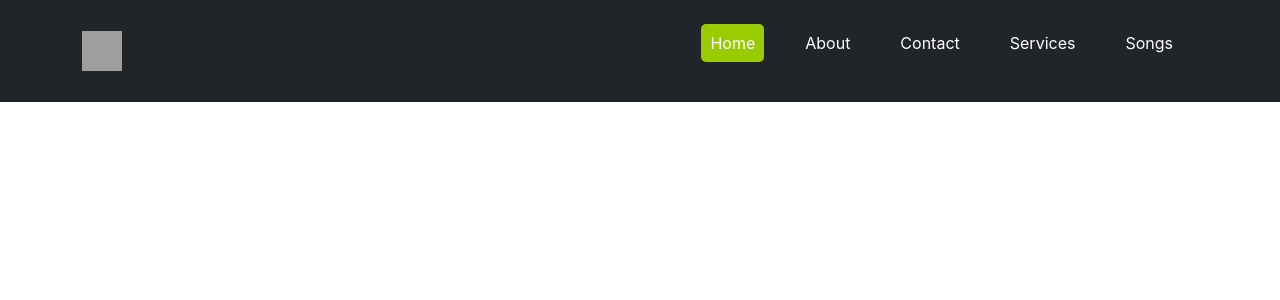
Repository: stephenkayade/cephas-musical
Page: / (app in cephas-musical/)
An editor plug-in stored every save of this project. The page is shown before and after the next save, followed by the edit.
The browser window is 1280 px wide. The pictures show the whole page.
The pointer rests on the first visible `.navbox li`.
Pictures or frames that could not be fetched are drawn as grey boxes. The project was rebuilt for these pictures with package versions that can differ from the ones it lists, and the page was loaded fresh each time. A package was used in the major version that the imports need, not the one package.json lists. Also part of the build but not shown: cephas-musical/src/components/Master.jsx.

Above is the page before, as saved 2021-03-09 05:01:20.

### cephas-musical/public/index.html
<!DOCTYPE html>
<html lang="en">
  <head>
    <meta charset="utf-8" />
    <link rel="icon" href="%PUBLIC_URL%/favicon.ico" />
    <meta name="viewport" content="width=device-width, initial-scale=1" />
    <meta name="theme-color" content="#000000" />
    <meta
      name="description"
      content="Web site created using create-react-app"
    />
    <link rel="apple-touch-icon" href="%PUBLIC_URL%/logo192.png" />
    <link rel="stylesheet" type="text/css" href="%PUBLIC_URL%/css/bootstrap.min.css">
    <link rel="stylesheet" type="text/css" href="%PUBLIC_URL%/css/custom.css">
    <!--
      manifest.json provides metadata used when your web app is installed on a
      user's mobile device or desktop. See https://developers.google.com/web/fundamentals/web-app-manifest/
    -->
    <link rel="manifest" href="%PUBLIC_URL%/manifest.json" />
    <!--
      Notice the use of %PUBLIC_URL% in the tags above.
      It will be replaced with the URL of the `public` folder during the build.
      Only files inside the `public` folder can be referenced from the HTML.

      Unlike "/favicon.ico" or "favicon.ico", "%PUBLIC_URL%/favicon.ico" will
      work correctly both with client-side routing and a non-root public URL.
      Learn how to configure a non-root public URL by running `npm run build`.
    -->
    <title>React App</title>
  </head>
  <body>
    <noscript>You need to enable JavaScript to run this app.</noscript>
    <div id="root"></div>
    <!--
      This HTML file is a template.
      If you open it directly in the browser, you will see an empty page.

      You can add webfonts, meta tags, or analytics to this file.
      The build step will place the bundled scripts into the <body> tag.

      To begin the development, run `npm start` or `yarn start`.
      To create a production bundle, use `npm run build` or `yarn build`.
    -->
  </body>
</html>

### cephas-musical/src/App.js
import React, { Suspense } from 'react'
import { BrowserRouter as Router, Switch, Route, Link } from "react-router-dom";
import Master from './components/Master';
import Home from './components/public/Home'
import { Ellipsis } from 'react-css-spinners'
const Homepage = React.lazy(() => import('./components/public/Home'));


const loading = () => {

  <div className="row" style={{ height: "100vh", width: "100%" }}>

    <div className="col-md-3 text-center mx-auto my-auto">
      {' '}
      <Ellipsis
        color="#2d3d4d"
        size={80}
      />
    </div>

  </div>


}

const App = () => {
  return (

      <Router>
        <Suspense fallback={loading}>

          <Switch>
            <Route path="/" component={Home} exact />
          </Switch>
          </Suspense>
      </Router>

  );
}

export default App;

### cephas-musical/src/components/public/Home.jsx
import React from 'react'
import Nav from '../partials/Nav'


const Home = () => {
    return(
        <>
            <Nav/>
        </>
    )
}

export default Home;

### cephas-musical/src/components/partials/Nav.jsx
import React from 'react';
import { BrowserRouter as Router, Switch, Route, Link } from 'react-router-dom';
import image from '../assets/cephas-logo.png'

import Navbox from './Navbox';

const Nav = () => {
    const Navlists = [
        {
            title: 'Home',
            LinkUrl: '/',
        },
        {
            title: 'About',
            LinkUrl: '/about',
        },
        {
            title: 'Contact',
            LinkUrl: '/contact',
        },
        {
            title: 'Services',
            LinkUrl: '/services',
        },
        {
            title: 'Songs',
            LinkUrl: '/songs',
        },
    ];
    return (
        <>
            <div className="container-fluid bg-dark p-3">
                <div className="navbar container d-flex align-items-center justify-content-between">
                    <img src={image} alt="logo image" className="logo-img" />
                    <ul className="d-flex navbox">
                        {Navlists.length > 0 ? (
                            Navlists.map((link) => (
                                <Navbox title={link.title} LinkUrl={link.LinkUrl} />
                            ))
                        ) : (
                                <>
                                    <div>populate with data</div>
                                </>
                            )}
                    </ul>
                </div>
            </div>
        </>
    );
};

export default Nav;

### cephas-musical/src/components/partials/Navbox.jsx
import React from 'react';
import {BrowserRouter as Router, Switch, Route, Link} from 'react-router-dom';

const Navbox = ({LinkUrl, title}) => {
  return (
    <>
      <div className="navbox">
        <li>
          <Link className="px-2 btn text-white" to={Link ? LinkUrl : null}>{title ? title : 'invalid'}</Link>
        </li>
      </div>
    </>
  );
};

export default Navbox;

### cephas-musical/public/css/custom.css
.navbox li {
    list-style: none;

    margin: 0 1rem;
}

.navbox li:hover {
    background: #99cc00;
    border-radius: 5px;
    -webkit-border-radius: 5px;
    -moz-border-radius: 5px;
    -ms-border-radius: 5px;
    -o-border-radius: 5px;
}

.logo-img {
    height: 40px;
    width: 40px;
    image-rendering: 40px;
}

Loaded but not shown: cephas-musical/src/index.js (common file); cephas-musical/src/index.css (common file); cephas-musical/src/reportWebVitals.js (common file); cephas-musical/public/css/bootstrap.min.css (library); cephas-musical/public/manifest.json (common file)

After the next save:
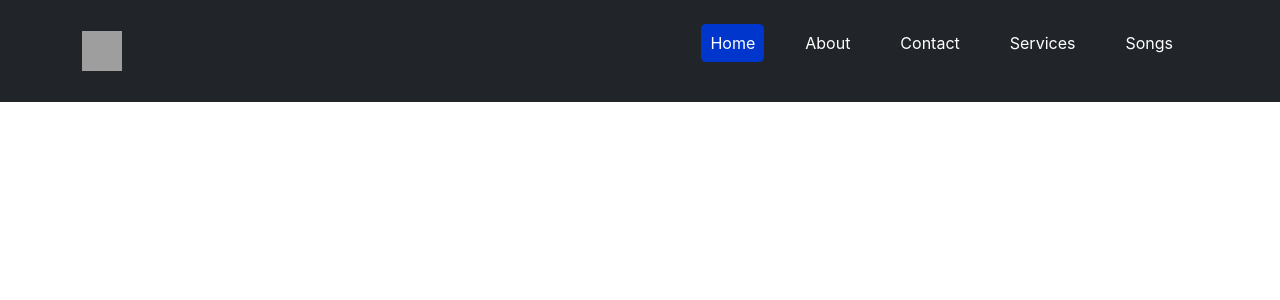
Saved 21 s later.
--- a/cephas-musical/public/css/custom.css
+++ b/cephas-musical/public/css/custom.css
@@ -5,7 +5,7 @@
 }
 
 .navbox li:hover {
-    background: #99cc00;
+    background: #0036cc;
     border-radius: 5px;
     -webkit-border-radius: 5px;
     -moz-border-radius: 5px;
